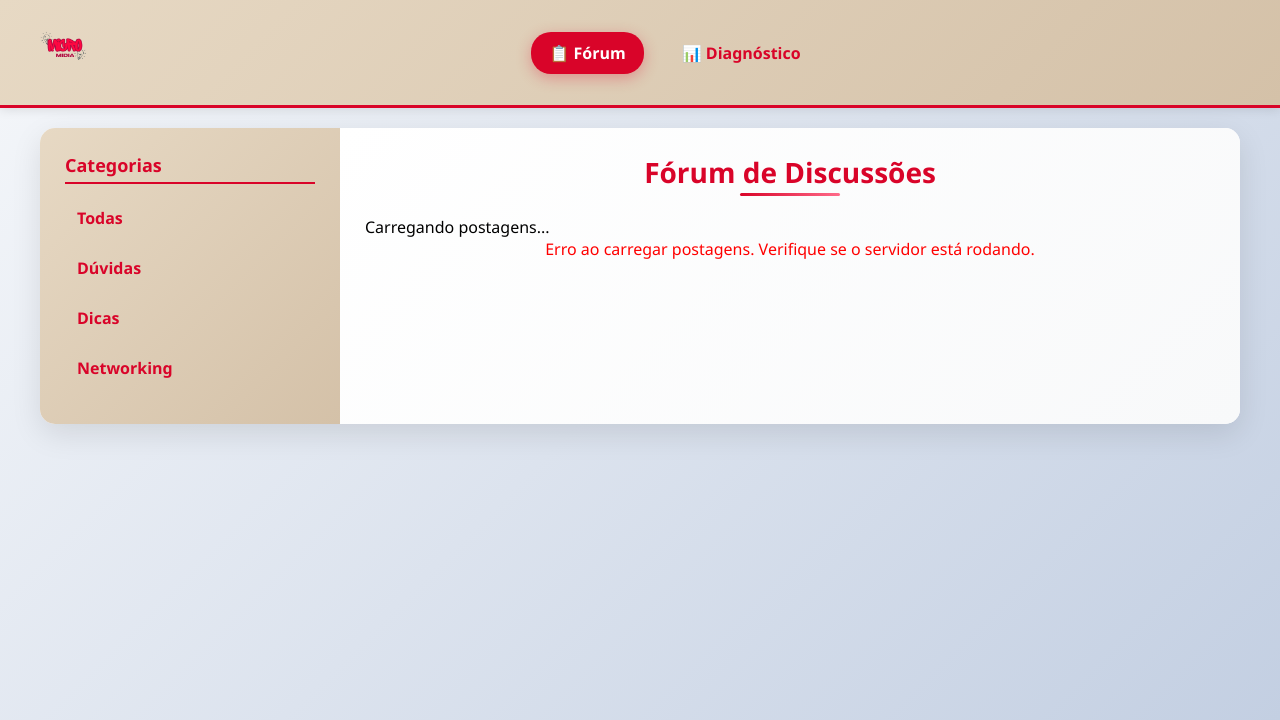
Repository: annaluizapm/MicroMidia
Page: front/HTML/forum.html
These files come from the project's save history. The page is drawn as it stood at one moment and after the next save; the edit follows.
The browser window is 1280 px wide. The pictures show the whole page.
The page's requests for data from a server got no answer.

Above is the page before, as saved 2025-08-14 11:10:26.

### front/HTML/forum.html
<!DOCTYPE html>
<html lang="pt-BR">
<head>
    <meta charset="UTF-8">
    <meta name="viewport" content="width=device-width, initial-scale=1.0">
    <title>Fórum - Micro Mídia</title>
    <link rel="stylesheet" href="../CSS/forum.css">
    <style>
        .post-header {
            display: flex;
            justify-content: space-between;
            align-items: center;
            margin-bottom: 10px;
        }

        .post-date {
            color: #666;
            font-size: 0.9em;
            background: #f0f0f0;
            padding: 4px 8px;
            border-radius: 12px;
        }

        .post-actions {
            margin-top: 15px;
            display: flex;
            gap: 10px;
        }

        .btn-like, .btn-comment {
            background: linear-gradient(135deg, #fff 0%, #f8f9fa 100%);
            border: 2px solid #ddd;
            padding: 8px 16px;
            border-radius: 20px;
            cursor: pointer;
            transition: all 0.3s ease;
            font-weight: 600;
            display: flex;
            align-items: center;
            gap: 5px;
        }

        .btn-like:hover, .btn-comment:hover {
            background: linear-gradient(135deg, #D90429 0%, #ff6b8a 100%);
            color: white;
            border-color: #D90429;
            transform: translateY(-2px);
            box-shadow: 0 4px 12px rgba(217, 4, 41, 0.3);
        }

        .btn-like.liked {
            background: linear-gradient(135deg, #D90429 0%, #ff6b8a 100%);
            color: white;
            border-color: #D90429;
            animation: pulse 0.5s ease;
        }

        @keyframes pulse {
            0% { transform: scale(1); }
            50% { transform: scale(1.05); }
            100% { transform: scale(1); }
        }

        .comments-section {
            margin-top: 15px;
            padding: 15px;
            background: linear-gradient(135deg, #f8f9fa 0%, #e9ecef 100%);
            border-radius: 10px;
            border: 1px solid #e0e0e0;
        }

        .comment {
            margin-bottom: 12px;
            padding: 12px;
            background: white;
            border-radius: 8px;
            box-shadow: 0 2px 8px rgba(0,0,0,0.05);
        }

        .comment-header {
            display: flex;
            justify-content: space-between;
            margin-bottom: 8px;
        }

        .comment-header strong {
            color: #D90429;
        }

        .comment-date {
            color: #666;
            font-size: 12px;
        }

        .comment-form {
            margin-top: 10px;
        }

        .comment-form textarea {
            width: 100%;
            padding: 12px;
            border: 2px solid #ddd;
            border-radius: 8px;
            resize: vertical;
            font-family: inherit;
            transition: border-color 0.3s ease;
        }

        .comment-form textarea:focus {
            outline: none;
            border-color: #D90429;
            box-shadow: 0 0 0 3px rgba(217, 4, 41, 0.1);
        }

        .comment-form button {
            margin-top: 8px;
        }

        .no-comments {
            text-align: center;
            color: #666;
            font-style: italic;
            padding: 20px;
        }

        .btn-primary {
            background: linear-gradient(135deg, #D90429 0%, #ff6b8a 100%);
            color: white;
            border: none;
            padding: 12px 24px;
            border-radius: 25px;
            cursor: pointer;
            font-weight: 600;
            transition: all 0.3s ease;
            box-shadow: 0 4px 15px rgba(217, 4, 41, 0.3);
        }

        .btn-primary:hover {
            transform: translateY(-2px);
            box-shadow: 0 6px 20px rgba(217, 4, 41, 0.4);
        }

        .btn-small {
            padding: 8px 16px;
            font-size: 14px;
            border-radius: 15px;
        }

        /* Animação de entrada */
        .post {
            animation: slideInUp 0.5s ease;
        }

        @keyframes slideInUp {
            from {
                opacity: 0;
                transform: translateY(20px);
            }
            to {
                opacity: 1;
                transform: translateY(0);
            }
        }

        /* Loading spinner */
        .loading {
            display: flex;
            justify-content: center;
            align-items: center;
            padding: 40px;
        }

        .spinner {
            width: 40px;
            height: 40px;
            border: 4px solid #f3f3f3;
            border-top: 4px solid #D90429;
            border-radius: 50%;
            animation: spin 1s linear infinite;
        }

        @keyframes spin {
            0% { transform: rotate(0deg); }
            100% { transform: rotate(360deg); }
        }
    </style>
</head>
<body>

    <header>
        <div class="logo">
            <img src="../assets/Logo.png" alt="Micro Mídia">
        </div>
        <nav class="navigation">
            <a href="forum.html" class="nav-link active">📋 Fórum</a>
            <a href="formulario.html" class="nav-link">📊 Diagnóstico</a>
        </nav>
        <div class="user-info">
            <span class="user-name"></span>
        </div>
    </header>


    <div class="container">
        <aside class="sidebar">
            <h3>Categorias</h3>
            <ul>
                <li><a href="#" onclick="carregarPostagens()">Todas</a></li>
                <li><a href="#">Dúvidas</a></li>
                <li><a href="#">Dicas</a></li>
                <li><a href="#">Networking</a></li>
            </ul>
        </aside>

        <main class="content">
            <h2>Fórum de Discussões</h2>
            <p>Carregando postagens...</p>
        </main>
    </div>

    <script src="../JS/forum.js"></script>
</body>
</html>

### front/CSS/forum.css
* {
    margin: 0;
    padding: 0;
    box-sizing: border-box;
    font-family: 'Segoe UI', Tahoma, Geneva, Verdana, sans-serif;
}

body {
    background: linear-gradient(135deg, #f5f7fa 0%, #c3cfe2 100%);
    min-height: 100vh;
}

header {
    background: linear-gradient(135deg, #E7D9C4 0%, #d4c1a8 100%);
    padding: 15px 30px;
    display: flex;
    align-items: center;
    justify-content: space-between;
    box-shadow: 0 2px 10px rgba(0,0,0,0.1);
    border-bottom: 3px solid #D90429;
}

.logo img {
    height: 70px;
    transition: transform 0.3s ease;
}

.logo img:hover {
    transform: scale(1.05);
}

.navigation {
    display: flex;
    gap: 20px;
}

.nav-link {
    text-decoration: none;
    color: #D90429;
    font-weight: 600;
    padding: 8px 16px;
    border-radius: 20px;
    transition: all 0.3s ease;
    border: 2px solid transparent;
}

.nav-link:hover {
    background-color: rgba(217, 4, 41, 0.1);
    border-color: #D90429;
    transform: translateY(-2px);
}

.nav-link.active {
    background-color: #D90429;
    color: white;
    box-shadow: 0 4px 15px rgba(217, 4, 41, 0.3);
}

.user-info {
    color: #D90429;
    font-weight: 600;
}


.container {
    display: flex;
    max-width: 1200px;
    margin: 20px auto;
    background: white;
    border-radius: 15px;
    overflow: hidden;
    box-shadow: 0 10px 30px rgba(0,0,0,0.1);
}

.sidebar {
    width: 25%;
    background: linear-gradient(135deg, #E7D9C4 0%, #d4c1a8 100%);
    padding: 25px;
}

.sidebar h3 {
    margin-bottom: 15px;
    color: #D90429;
    font-size: 18px;
    border-bottom: 2px solid #D90429;
    padding-bottom: 5px;
}

.sidebar ul {
    list-style: none;
}

.sidebar ul li {
    margin: 12px 0;
}

.sidebar ul li a {
    text-decoration: none;
    color: #D90429;
    font-weight: 600;
    padding: 8px 12px;
    border-radius: 8px;
    display: block;
    transition: all 0.3s ease;
}

.sidebar ul li a:hover {
    background-color: rgba(217, 4, 41, 0.1);
    transform: translateX(5px);
}

.content {
    width: 75%;
    padding: 25px;
    background: linear-gradient(135deg, #ffffff 0%, #f8f9fa 100%);
}

.content h2 {
    margin-bottom: 25px;
    color: #D90429;
    font-size: 28px;
    text-align: center;
    position: relative;
}

.content h2::after {
    content: '';
    position: absolute;
    bottom: -5px;
    left: 50%;
    transform: translateX(-50%);
    width: 100px;
    height: 3px;
    background: linear-gradient(90deg, #D90429, #ff6b8a);
    border-radius: 2px;
}


.post {
    background: linear-gradient(135deg, #ffffff 0%, #f8f9fa 100%);
    padding: 20px;
    border-radius: 12px;
    box-shadow: 0 5px 15px rgba(0, 0, 0, 0.08);
    margin-bottom: 20px;
    border-left: 4px solid #D90429;
    transition: all 0.3s ease;
}

.post:hover {
    transform: translateY(-3px);
    box-shadow: 0 8px 25px rgba(0, 0, 0, 0.12);
}

.post-header {
    display: flex;
    justify-content: space-between;
    align-items: center;
    margin-bottom: 12px;
}

.post-header h3 {
    color: #D90429;
    font-size: 18px;
}

.post-date {
    color: #666;
    font-size: 14px;
    background: #f0f0f0;
    padding: 4px 8px;
    border-radius: 12px;
}

.post-content p {
    color: #333;
    line-height: 1.6;
    margin-bottom: 15px;
}

.post-actions {
    display: flex;
    gap: 10px;
    align-items: center;
}

.btn-like, .btn-comment {
    background: linear-gradient(135deg, #fff 0%, #f8f9fa 100%);
    border: 2px solid #ddd;
    padding: 8px 16px;
    border-radius: 20px;
    cursor: pointer;
    transition: all 0.3s ease;
    font-weight: 600;
    display: flex;
    align-items: center;
    gap: 5px;
}

.btn-like:hover, .btn-comment:hover {
    background: linear-gradient(135deg, #D90429 0%, #ff6b8a 100%);
    color: white;
    border-color: #D90429;
    transform: translateY(-2px);
    box-shadow: 0 4px 12px rgba(217, 4, 41, 0.3);
}

.btn-like.liked {
    background: linear-gradient(135deg, #D90429 0%, #ff6b8a 100%);
    color: white;
    border-color: #D90429;
    animation: pulse 0.5s ease;
}

@keyframes pulse {
    0% { transform: scale(1); }
    50% { transform: scale(1.05); }
    100% { transform: scale(1); }
}

.btn-primary {
    background: linear-gradient(135deg, #D90429 0%, #ff6b8a 100%);
    color: white;
    border: none;
    padding: 12px 24px;
    border-radius: 25px;
    cursor: pointer;
    font-weight: 600;
    transition: all 0.3s ease;
    box-shadow: 0 4px 15px rgba(217, 4, 41, 0.3);
}

.btn-primary:hover {
    transform: translateY(-2px);
    box-shadow: 0 6px 20px rgba(217, 4, 41, 0.4);
}

.btn-small {
    padding: 6px 12px;
    font-size: 14px;
    border-radius: 15px;
}

.comments-section {
    margin-top: 15px;
    padding: 15px;
    background: linear-gradient(135deg, #f8f9fa 0%, #e9ecef 100%);
    border-radius: 10px;
    border: 1px solid #e0e0e0;
}

.comment {
    margin-bottom: 12px;
    padding: 12px;
    background: white;
    border-radius: 8px;
    box-shadow: 0 2px 8px rgba(0,0,0,0.05);
}

.comment-header {
    display: flex;
    justify-content: space-between;
    margin-bottom: 8px;
}

.comment-header strong {
    color: #D90429;
}

.comment-date {
    color: #666;
    font-size: 12px;
}

.comment-form textarea {
    width: 100%;
    padding: 12px;
    border: 2px solid #ddd;
    border-radius: 8px;
    resize: vertical;
    font-family: inherit;
    transition: border-color 0.3s ease;
}

.comment-form textarea:focus {
    outline: none;
    border-color: #D90429;
    box-shadow: 0 0 0 3px rgba(217, 4, 41, 0.1);
}

.no-comments {
    text-align: center;
    color: #666;
    font-style: italic;
    padding: 20px;
}

### front/JS/forum.js
// forum.js - Funcionalidades específicas do fórum
const API_BASE_URL = 'http://127.0.0.1:3002/api';

// Função para obter token do localStorage
function getToken() {
    return localStorage.getItem('token');
}

// Função para fazer requisições autenticadas
async function fetchWithAuth(url, options = {}) {
    const token = getToken();
    const headers = {
        'Content-Type': 'application/json',
        ...options.headers
    };

    if (token) {
        headers['Authorization'] = `Bearer ${token}`;
    }

    const response = await fetch(url, {
        ...options,
        headers
    });

    return response;
}

// Função para criar nova postagem
async function criarPostagem() {
    const conteudo = prompt('Digite o conteúdo da sua postagem:');
    if (!conteudo) return;

    const user = JSON.parse(localStorage.getItem('user') || 'null');
    if (!user) {
        alert('Você precisa estar logado para criar uma postagem');
        return;
    }

    try {
    const response = await fetchWithAuth(`${API_BASE_URL}/postagens`, {
            method: 'POST',
            body: JSON.stringify({
                conteudo: conteudo,
                usuario_id: user.id
            })
        });

        const data = await response.json();
        if (response.ok) {
            alert('Postagem criada com sucesso!');
            carregarPostagens(); // Recarregar postagens
        } else {
            alert(data.error || 'Erro ao criar postagem');
        }
    } catch (error) {
        console.error('Erro:', error);
        alert('Erro de conexão com o servidor');
    }
}

// Função para carregar postagens
async function carregarPostagens() {
    try {
    const response = await fetch(`${API_BASE_URL}/postagens`);
        const posts = await response.json();

        const container = document.querySelector('.content');
        if (!container) return;

        // Limpar container mantendo apenas o título
        const title = container.querySelector('h2');
        container.innerHTML = '';
        if (title) {
            container.appendChild(title);

            // Adicionar botão para nova postagem se estiver logado (com base no usuário)
            const user = JSON.parse(localStorage.getItem('user') || 'null');
            if (user) {
                const novoPostBtn = document.createElement('button');
                novoPostBtn.textContent = '✍️ Nova Postagem';
                novoPostBtn.className = 'btn btn-primary';
                novoPostBtn.onclick = criarPostagem;
                novoPostBtn.style.marginBottom = '20px';
                container.appendChild(novoPostBtn);
            }
        }

        if (posts.length === 0) {
            const emptyMessage = document.createElement('p');
            emptyMessage.textContent = 'Nenhuma postagem encontrada. Seja o primeiro a postar!';
            emptyMessage.style.textAlign = 'center';
            emptyMessage.style.color = '#666';
            container.appendChild(emptyMessage);
            return;
        }

        posts.forEach(post => {
            const postElement = document.createElement('div');
            postElement.className = 'post';

            const dataFormatada = new Date(post.criado_em).toLocaleString('pt-BR');

            postElement.innerHTML = `
                <div class="post-header">
                    <h3>${post.autor_nome}</h3>
                    <span class="post-date">${dataFormatada}</span>
                </div>
                <div class="post-content">
                    <p>${post.conteudo}</p>
                </div>
                <div class="post-actions">
                    <button onclick="curtirPost(${post.id})" class="btn-like" id="like-btn-${post.id}">
                        ❤️ <span id="like-count-${post.id}">${post.total_curtidas}</span>
                    </button>
                    <button onclick="toggleComentarios(${post.id})" class="btn-comment">
                        💬 ${post.total_comentarios} comentários
                    </button>
                </div>
                <div id="comments-section-${post.id}" class="comments-section" style="display: none;">
                    <div id="comments-list-${post.id}" class="comments-list"></div>
                    <div class="comment-form">
                        <textarea id="comment-text-${post.id}" placeholder="Escreva um comentário..." rows="2"></textarea>
                        <button onclick="adicionarComentario(${post.id})" class="btn btn-small">Comentar</button>
                    </div>
                </div>
            `;

            container.appendChild(postElement);

            // Verificar se o usuário já curtiu esta postagem
            verificarCurtida(post.id);
        });
    } catch (error) {
        console.error('Erro ao carregar postagens:', error);
        const container = document.querySelector('.content');
        if (container) {
            const errorMessage = document.createElement('p');
            errorMessage.textContent = 'Erro ao carregar postagens. Verifique se o servidor está rodando.';
            errorMessage.style.color = 'red';
            errorMessage.style.textAlign = 'center';
            container.appendChild(errorMessage);
        }
    }
}

// Função para verificar se o usuário curtiu uma postagem
async function verificarCurtida(postId) {
    const user = JSON.parse(localStorage.getItem('user') || 'null');
    if (!user) return;

    try {
        const response = await fetch(`${API_BASE_URL}/likes/check/${postId}?userId=${user.id}`);
        const data = await response.json();

        if (response.ok && data.curtiu) {
            const likeBtn = document.getElementById(`like-btn-${postId}`);
            if (likeBtn) {
                likeBtn.classList.add('liked');
                likeBtn.style.color = '#e74c3c';
            }
        }
    } catch (error) {
        console.error('Erro ao verificar curtida:', error);
    }
}

// Função para curtir/descurtir postagem
async function curtirPost(postId) {
    const user = JSON.parse(localStorage.getItem('user') || 'null');
    if (!user) {
        alert('Você precisa estar logado para curtir uma postagem');
        return;
    }

    try {
        const response = await fetchWithAuth(`${API_BASE_URL}/curtidas`, {
            method: 'POST',
            body: JSON.stringify({ postagem_id: postId, usuario_id: user.id })
        });

        const data = await response.json();
        if (response.ok) {
            // Atualizar contador de curtidas
            const countElement = document.getElementById(`like-count-${postId}`);
            const btnElement = document.getElementById(`like-btn-${postId}`);

            if (data.liked) {
                btnElement.classList.add('liked');
                btnElement.style.color = '#e74c3c';
                countElement.textContent = parseInt(countElement.textContent) + 1;
            } else {
                btnElement.classList.remove('liked');
                btnElement.style.color = '';
                countElement.textContent = parseInt(countElement.textContent) - 1;
            }
        } else {
            alert(data.error || 'Erro ao curtir postagem');
        }
    } catch (error) {
        console.error('Erro:', error);
        alert('Erro de conexão com o servidor');
    }
}

// Função para mostrar/esconder comentários
async function toggleComentarios(postId) {
    const section = document.getElementById(`comments-section-${postId}`);
    const isVisible = section.style.display !== 'none';

    if (isVisible) {
        section.style.display = 'none';
    } else {
        section.style.display = 'block';
        await carregarComentarios(postId);
    }
}

// Função para carregar comentários
async function carregarComentarios(postId) {
    try {
    const response = await fetch(`${API_BASE_URL}/comments/post/${postId}`);
        const comments = await response.json();

        const commentsList = document.getElementById(`comments-list-${postId}`);
        commentsList.innerHTML = '';

        if (comments.length === 0) {
            commentsList.innerHTML = '<p class="no-comments">Nenhum comentário ainda. Seja o primeiro!</p>';
            return;
        }

        comments.forEach(comment => {
            const commentElement = document.createElement('div');
            commentElement.className = 'comment';
            commentElement.innerHTML = `
                <div class="comment-header">
                    <strong>${comment.autor_nome}</strong>
                    <span class="comment-date">${new Date(comment.criado_em).toLocaleString('pt-BR')}</span>
                </div>
                <div class="comment-text">${comment.texto}</div>
            `;
            commentsList.appendChild(commentElement);
        });
    } catch (error) {
        console.error('Erro ao carregar comentários:', error);
    }
}

// Função para adicionar comentário
async function adicionarComentario(postId) {
    const user = JSON.parse(localStorage.getItem('user') || 'null');
    if (!user) {
        alert('Você precisa estar logado para comentar');
        return;
    }

    const textArea = document.getElementById(`comment-text-${postId}`);
    const texto = textArea.value.trim();
    if (!texto) {
        alert('Digite um comentário');
        return;
    }

    try {
    const response = await fetch(`${API_BASE_URL}/comments`, {
            method: 'POST',
            headers: { 'Content-Type': 'application/json' },
            body: JSON.stringify({ usuario_id: user.id, postagem_id: postId, texto })
        });
        const data = await response.json();
        if (response.ok) {
            textArea.value = '';
            await carregarComentarios(postId);
            carregarPostagens();
        } else {
            alert(data.error || 'Erro ao adicionar comentário');
        }
    } catch (e) {
        console.error('Erro:', e);
        alert('Erro de conexão com o servidor');
    }
}

// Função para verificar autenticação e mostrar/esconder elementos
function verificarAutenticacao() {
    const user = localStorage.getItem('user');

    if (user) {
        const userData = JSON.parse(user);
        // Mostrar nome do usuário se houver elemento para isso
        const userNameElement = document.querySelector('.user-name');
        if (userNameElement) {
            userNameElement.textContent = `Olá, ${userData.nome}!`;
        }

        // Adicionar botão de logout se não existir
        if (!document.querySelector('.btn-logout')) {
            const logoutBtn = document.createElement('button');
            logoutBtn.textContent = 'Sair';
            logoutBtn.className = 'btn btn-secondary';
            logoutBtn.onclick = logout;

            const header = document.querySelector('header');
            if (header) {
                header.appendChild(logoutBtn);
            }
        }
    } else {
        // Redirecionar para login se não estiver autenticado
        // window.location.href = 'login.html';
    }
}

// Função de logout
function logout() {
    localStorage.removeItem('token');
    localStorage.removeItem('user');
    window.location.href = 'index.html';
}

// Inicializar página
document.addEventListener('DOMContentLoaded', () => {
    verificarAutenticacao();
    carregarPostagens();
});

After the next save:
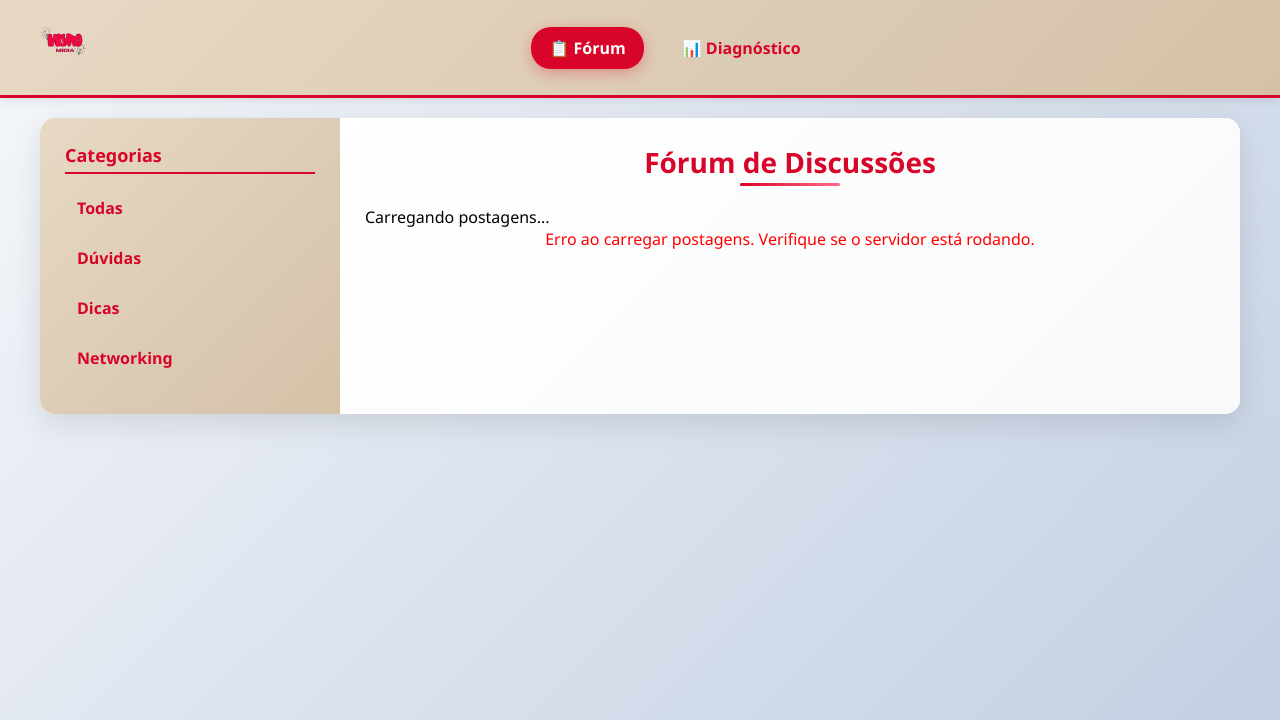
Saved 10 s later.
--- a/front/CSS/forum.css
+++ b/front/CSS/forum.css
@@ -12,12 +12,13 @@
 
 header {
     background: linear-gradient(135deg, #E7D9C4 0%, #d4c1a8 100%);
-    padding: 15px 30px;
+    padding: 10px 30px;
     display: flex;
     align-items: center;
     justify-content: space-between;
     box-shadow: 0 2px 10px rgba(0,0,0,0.1);
     border-bottom: 3px solid #D90429;
+    min-height: 80px;
 }
 
 .logo img {
